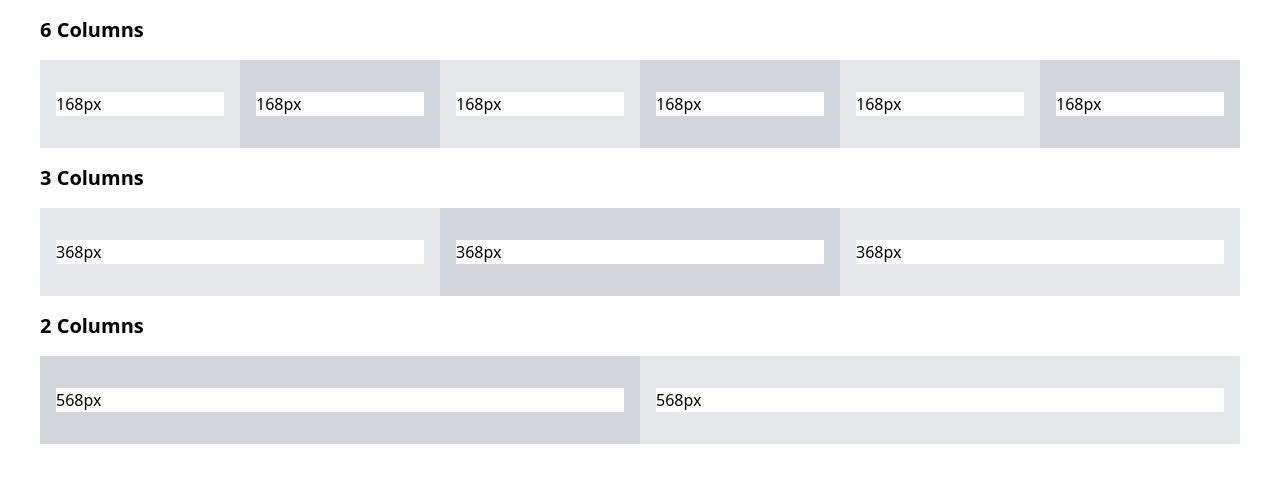
Repository: fabianwurk/vue-tailwind
Page: /
These files come from the project's save history. The page is drawn as it stood at one moment and after the next save; the edit follows.
The browser window is 1280 px wide. The pictures show the whole page.
The project was rebuilt for these pictures with package versions that can differ from the ones it lists, and the page was loaded fresh each time. Also part of the build but not shown: vite.config.js.

Above is the page before, as saved 2021-03-15 23:15:48.

After the next save:
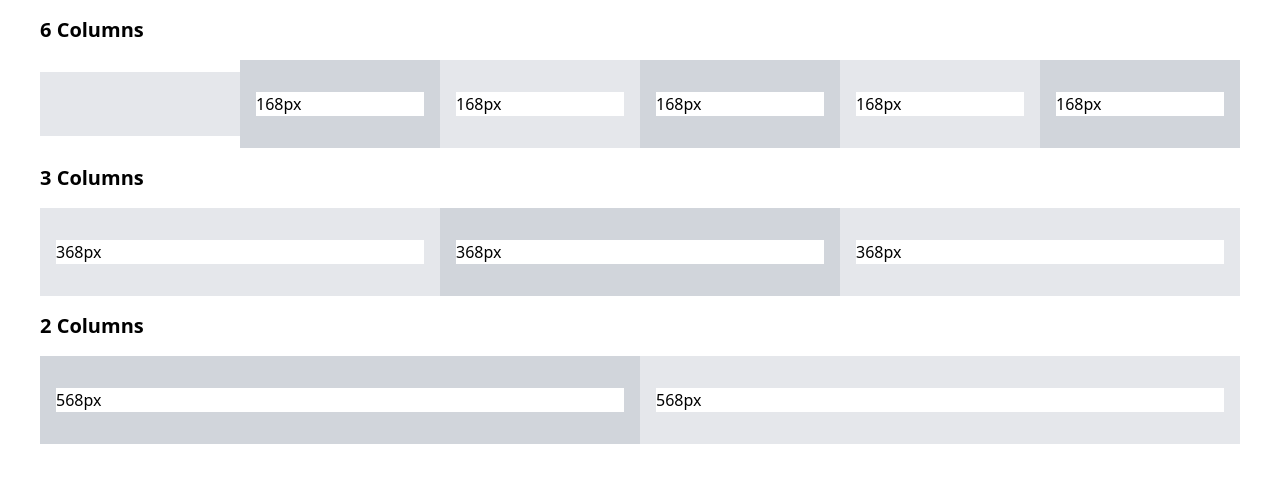
Saved 4 s later.
--- a/src/components/Tail.vue
+++ b/src/components/Tail.vue
@@ -5,7 +5,7 @@
     <h2 class="text-xl font-bold my-4">6 Columns</h2>
     <div class="flex items-center">
       <div class="w-1/6 bg-gray-200 py-8 px-4">
-        <span class="bg-white w-full block">168px</span>
+        <span class="bg-white w-full block">{{ six }}</span>
       </div>
       <div class="w-1/6 bg-gray-300 py-8 px-4">
         <span class="bg-white w-full block">168px</span>
@@ -54,3 +54,13 @@
 
   </div>
 </template>
+
+<script setup>
+import { defineProps, reactive } from 'vue'
+
+defineProps({
+  msg: String
+})
+
+const state = reactive({ count: 0 })
+</script>
